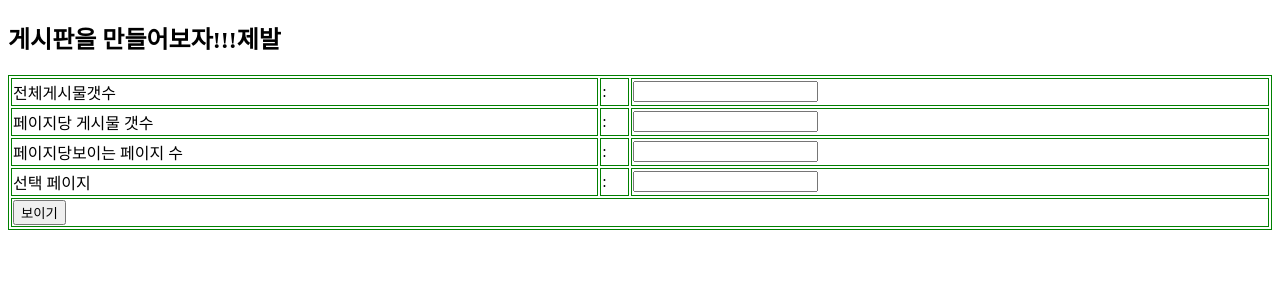
Repository: DrakeJU/eclipse-workspace
Page: Web/WebContent/01/PostBoardIndex.html
These files come from the project's save history. The page is drawn as it stood at one moment and after the next save; the edit follows.
The browser window is 1280 px wide. The pictures show the whole page.

Above is the page before, as saved 2017-10-13 03:44:21.

### Web/WebContent/01/PostBoardIndex.html
<!DOCTYPE html>
<html>
	<head>
		<meta charset="UTF-8">
			<title>indexPage</title>
	</head>
		<body>
			<h2>게시판을 만들어보자!!!제발</h2>
				<form action "/blahblah" method = "post">
				<table border="1" width = "100%" heigth = "50%" bordercolor ="green">
					<tr>
						<td>전체게시물갯수</td> <td>:</td><td><input type="text" name="TotalPost"><br></td>
					</tr>
					<tr>
						<td>페이지당 게시물 갯수</td><td>:</td><td><input type="text" name="NumPerPost"><br></td>
					</tr>
					<tr>
						<td>페이지당보이는 페이지 수</td> <td>:</td><td><input type="text" name="NumPerPage"><br></td>
					</tr>
					<tr>
						<td>선택 페이지</td> <td>:</td><td><input type="text" name="CurrentPage"><br></td>
					</tr>
					<tr>
						<td colspan = "3"><input type = submit value = "보이기"></td>
					</tr>
				</table>
				</form>
		</body>
</html>

After the next save:
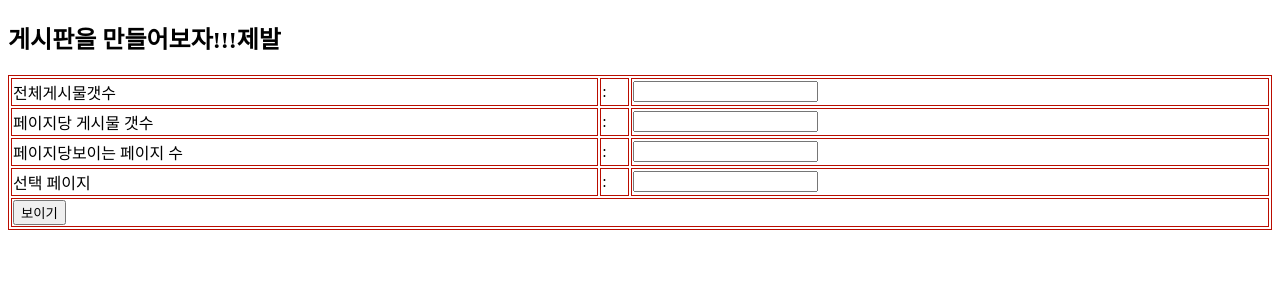
Saved 38 s later.
--- a/Web/WebContent/01/PostBoardIndex.html
+++ b/Web/WebContent/01/PostBoardIndex.html
@@ -7,7 +7,7 @@
 		<body>
 			<h2>게시판을 만들어보자!!!제발</h2>
 				<form action "/blahblah" method = "post">
-				<table border="1" width = "100%" heigth = "50%" bordercolor ="green">
+				<table border="1" width = "100%" heigth = "50%" bordercolor ="balck">
 					<tr>
 						<td>전체게시물갯수</td> <td>:</td><td><input type="text" name="TotalPost"><br></td>
 					</tr>
